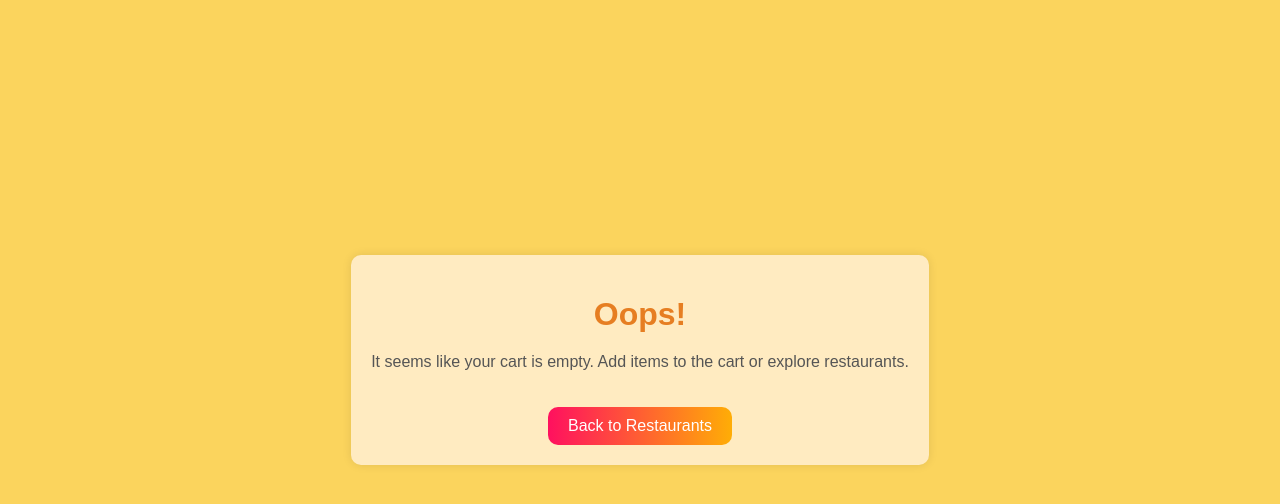
Repository: SWATHIBHUMA/FoodDelivaryApp
Page: http://localhost/FoodDelivaryApp/errorPage.jsp
The author's editor kept a copy of each file at every save. The page is drawn from the files as they stood at one save, then again after the next save.
The browser window is 1280 px wide. The pictures show the whole page.
The page is served by Tomcat 9. Other server files are loaded and not shown.

Above is the page before, as saved 2024-01-14 11:57:31.

### FoodDelivaryApp/src/main/webapp/errorPage.jsp
<%@ page language="java" contentType="text/html; charset=UTF-8" pageEncoding="UTF-8"%>

<!DOCTYPE html>
<html lang="en">
<head>
    <meta charset="UTF-8">
    <meta http-equiv="X-UA-Compatible" content="IE=edge">
    <meta name="viewport" content="width=device-width, initial-scale=1.0">
    <title>Error - Nothing in Cart</title>
    <style>
        body {
            font-family: 'Arial', sans-serif;
            background-color: #fbd45d; /* Warm yellow background */
            margin: 0;
            padding: 0;
            display: flex;
            align-items: center;
            justify-content: center;
            height: 100vh;
            text-align: center;
        }

        #error-message {
            background-color: #ffebc1; /* Light orange background */
            padding: 20px;
            border-radius: 10px;
            box-shadow: 0 0 10px rgba(0, 0, 0, 0.1);
            animation: fadeInUp 1s ease; /* Add fade-in animation */
        }

        h1 {
            color: #e67e22; /* Dark orange text */
            margin-bottom: 20px;
            animation: bounce 1s forwards; /* Change infinite to forwards for single time bounce */
        }

        p {
            color: #555;
            font-size: 16px;
            animation: fadeIn 1s ease; /* Add fade-in animation */
        }

        .back-to-restaurants-btn {
            display: inline-block;
            margin-top: 20px;
            padding: 10px 20px;
            background: linear-gradient(to right, #ff105f,#ffad06);
            color: #fff;
            text-decoration: none;
            border-radius: 10px;
            transition: background-color 0.3s ease;
        }

        .back-to-restaurants-btn:hover {
            background-color: #d35400; /* Slightly darker orange on hover */
        }

        @keyframes bounce {
            0%, 20%, 50%, 80%, 100% {
                transform: translateY(0);
            }
            40% {
                transform: translateY(-20px);
            }
            60% {
                transform: translateY(-10px);
            }
        }

        @keyframes fadeIn {
            from {
                opacity: 0;
            }
            to {
                opacity: 1;
            }
        }

        @keyframes fadeInUp {
            from {
                opacity: 0;
                transform: translateY(20px);
            }
            to {
                opacity: 1;
                transform: translateY(0);
            }
        }
    </style>
</head>
<body>
    <div id="error-message">
        <h1>Oops!</h1>
        <p>It seems like your cart is empty. Add items to the cart or explore restaurants.</p>
        <a href="<%= request.getContextPath() %>/Restaurants" class="back-to-restaurants-btn">Back to Restaurants</a>
    </div>
</body>
</html>

After the next save:
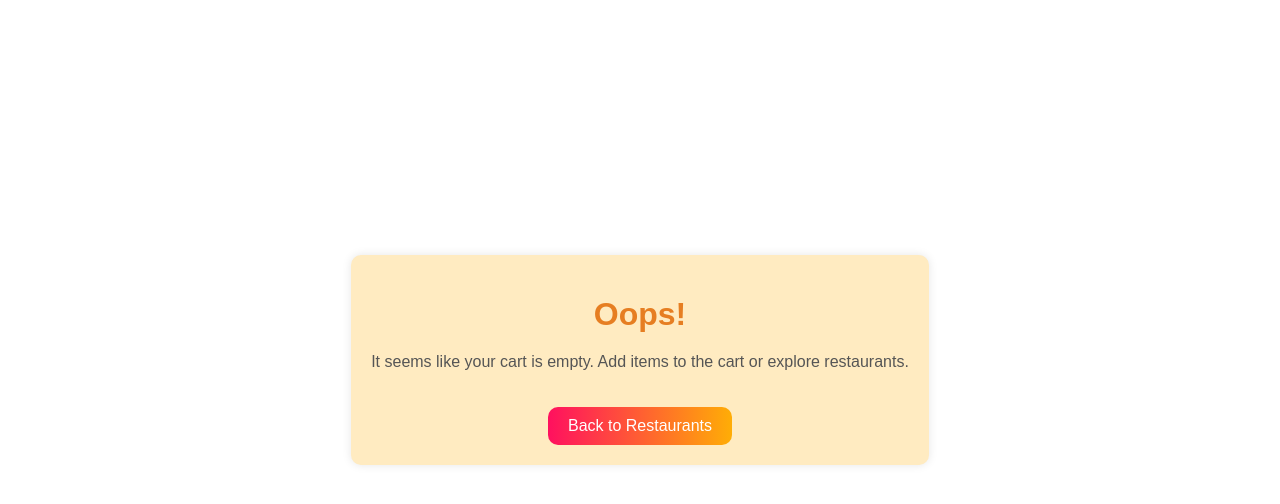
Saved 26 s later.
--- a/FoodDelivaryApp/src/main/webapp/errorPage.jsp
+++ b/FoodDelivaryApp/src/main/webapp/errorPage.jsp
@@ -10,7 +10,7 @@
     <style>
         body {
             font-family: 'Arial', sans-serif;
-            background-color: #fbd45d; /* Warm yellow background */
+            background-color: light yellow; /* Warm yellow background */
             margin: 0;
             padding: 0;
             display: flex;
